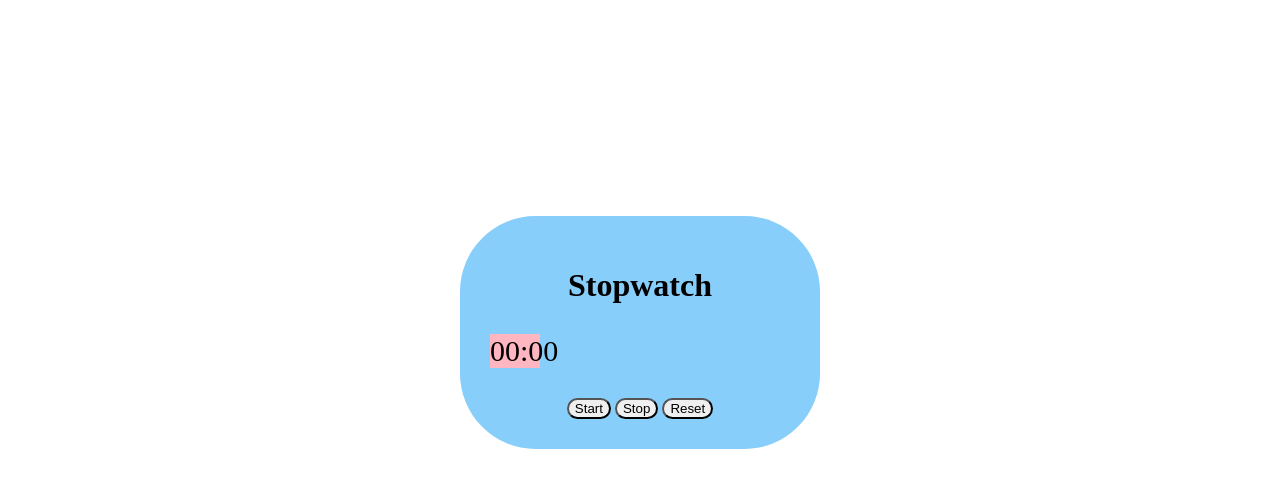
Repository: LeyaAbraham/web-dev
Page: clock.html
An editor plug-in stored every save of this project. The page is shown before and after the next save, followed by the edit.
The browser window is 1280 px wide. The pictures show the whole page.

Above is the page before, as saved 2021-01-05 23:17:53.

### clock.html
<!DOCTYPE html>
<html>

<head>
    <title>Page Title</title>
    <link rel="stylesheet" href="style.css" type="text/css">

</head>

<body>
    <div id="wrap">
        <h1>Stopwatch</h1>
        <div id="time">
            <p><span id="seconds">00</span>:<span id="nano">00</span></p>
        </div>
        <button id="start">Start</button>
        <button id="stop">Stop</button>
        <button id="reset">Reset</button>
    </div>
    <script src="clock.js"></script>
</body>

</html>

### style.css
#wrap {
    background-color: lightskyblue;
    border-color: lightyellow;
    border-radius: 2cm;
    text-align: center;
    padding: 30px;
    margin: 30px;
    width: 300px;
    position: absolute;
	top:30%;
	left: 0;
	right: 0;

	margin: auto;

}

button {
    border-radius: 1cm;

}

p {
    font-size: 30px;
}

#time {
    background: lightpink;
    width: 50px
}

### clock.js
window.onload = function () {

    var seconds = 00;
    var nano = 00;

    var interval;
    document.getElementById("start").onclick = start;
    document.getElementById("stop").onclick = stop;
    document.getElementById("reset").onclick = reset;

    function start() {

        interval = setInterval(runTimer, 10);

    }

    function stop() {
        clearInterval(interval);
    }

    function reset() {
        clearInterval(interval);
        nano = 00;
        seconds = 00;
        document.getElementById("nano").innerHTML = "00";
        document.getElementById("seconds").innerHTML = "00";
    }

    function runTimer() {
        var num = nano++;
        console.log(num);

        if (nano > 9) {
            console.log("in if");
            document.getElementById("nano").innerHTML = nano;
        }
        if (nano < 9) {
            document.getElementById("nano").innerHTML = "0" + nano;
        }
        if (nano > 99) {
            seconds++;
            nano = 0;
            document.getElementById("seconds").innerHTML = "0" + seconds;

        }

        if (seconds > 9) {
            document.getElementById("seconds") = seconds;
        }
    }
}

After the next save:
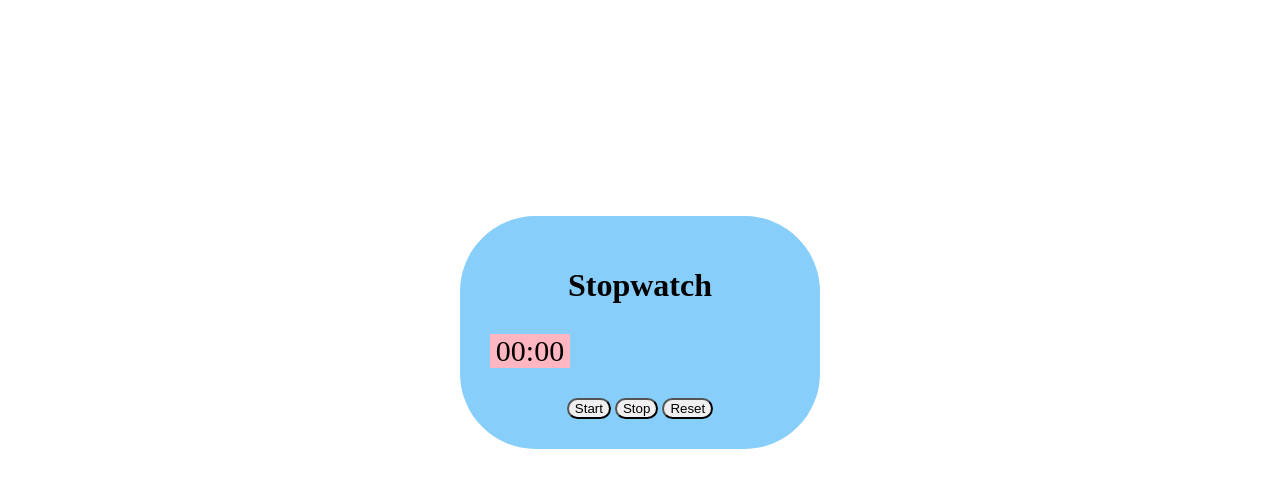
Saved 7 s later.
--- a/style.css
+++ b/style.css
@@ -26,5 +26,5 @@ p {
 
 #time {
     background: lightpink;
-    width: 50px
+    width: 80px
 }
